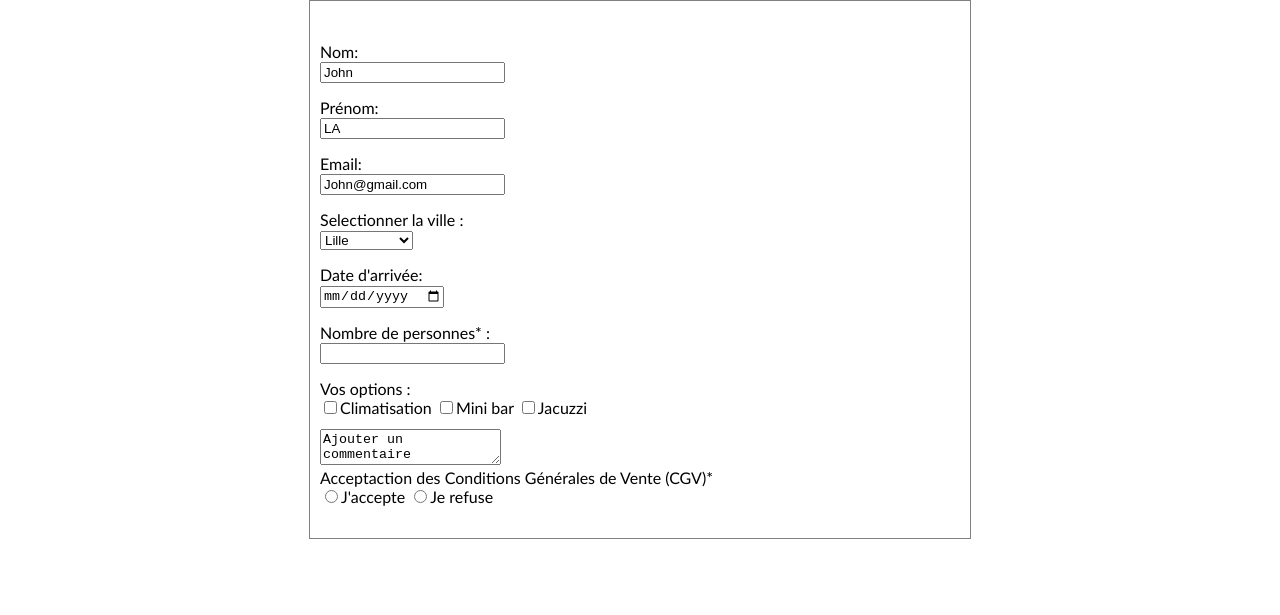
Repository: Coumba25040/coumbaProjet
Page: Env/index.html
An editor plug-in stored every save of this project. The page is shown before and after the next save, followed by the edit.
The browser window is 1280 px wide. The pictures show the whole page.

Above is the page before, as saved 2024-10-14 20:10:09.

After the next save:
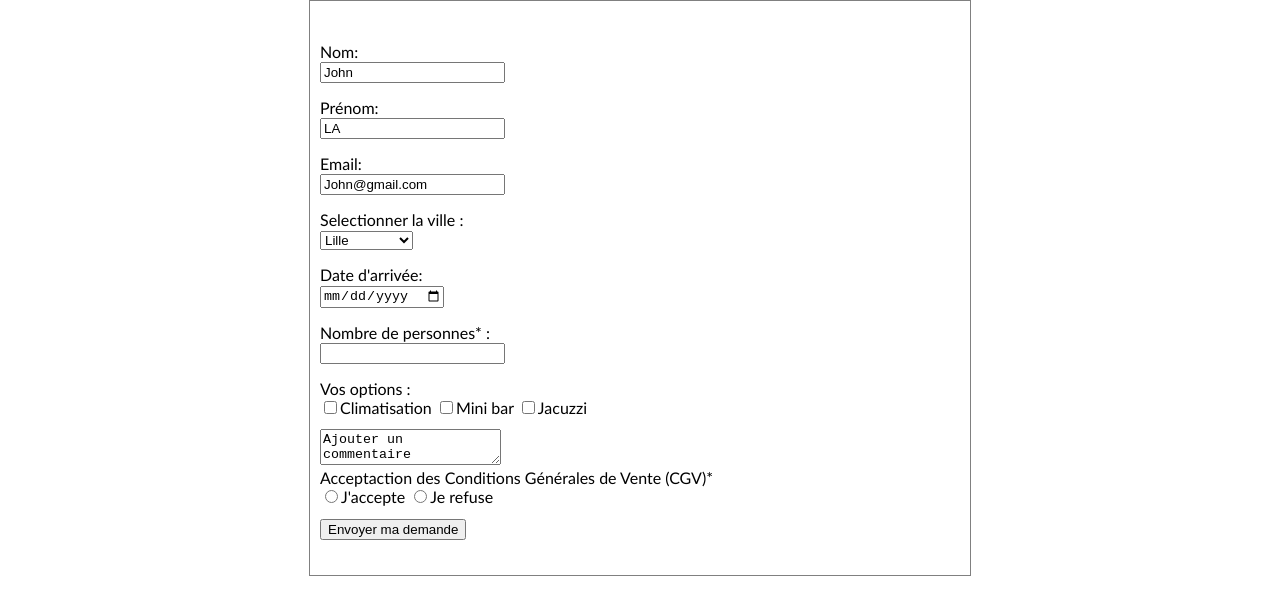
Saved 26 s later.
--- a/Env/index.html
+++ b/Env/index.html
@@ -82,9 +82,9 @@
 
         <label for="CGV">Acceptaction des Conditions Générales de Vente (CGV)*<br>
         <input type="radio">J'accepte
-        <input type="radio">Je refuse</label></br
+        <input type="radio">Je refuse</label></br>
 
-        <input type="submit" value="Envoyer ma demmande">
+        <input type="submit" value="Envoyer ma demande">
 
 
     </form> <!--  fin du formulaire -->
